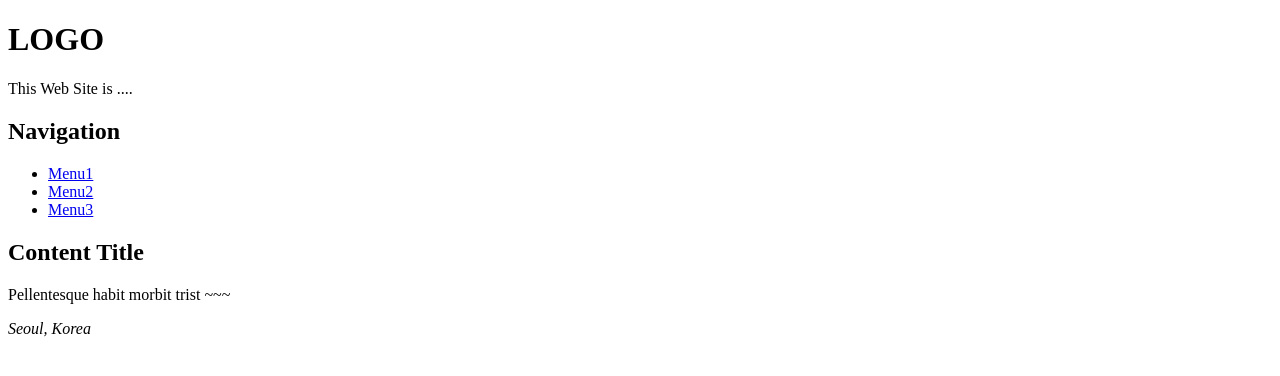
Repository: sonminho/aos
Page: Webserver/addup_perfume/WebContent/084.html
An editor plug-in stored every save of this project. The page is shown before and after a run of saves, followed by the edit.
The browser window is 1280 px wide. The pictures show the whole page.

Above is the page before, as saved 2017-11-13 14:15:34.

### Webserver/addup_perfume/WebContent/084.html
<!DOCTYPE html>
<html>
<head>
<meta charset="EUC-KR">
<title>Insert title here</title>
</head>
<body>
<div id="wrap">
	<div id="header">
		<h1>LOGO</h1>
		<p>This Web Site is ....</p>
	</div> <!-- header -->

	<div id="container">
		<div class="nav">
			<h2>Navigation</h2>
			<ul>
				<li><a href="#">Menu1</a>
				<li><a href="#">Menu2</a>
				<li><a href="#">Menu3</a>
			</ul>
		</div> <!-- nav -->

		<div class="content">
			<h2>Content Title</h2>
			<p>
			Pellentesque habit morbit trist ~~~
			</p>
		</div>
	</div> <!-- container -->

	<div id="footer">
		<address>Seoul, Korea</address>
	</div> <!-- footer -->
</div> <!-- wrap -->
</body>
</html>

After the next 2 saves:
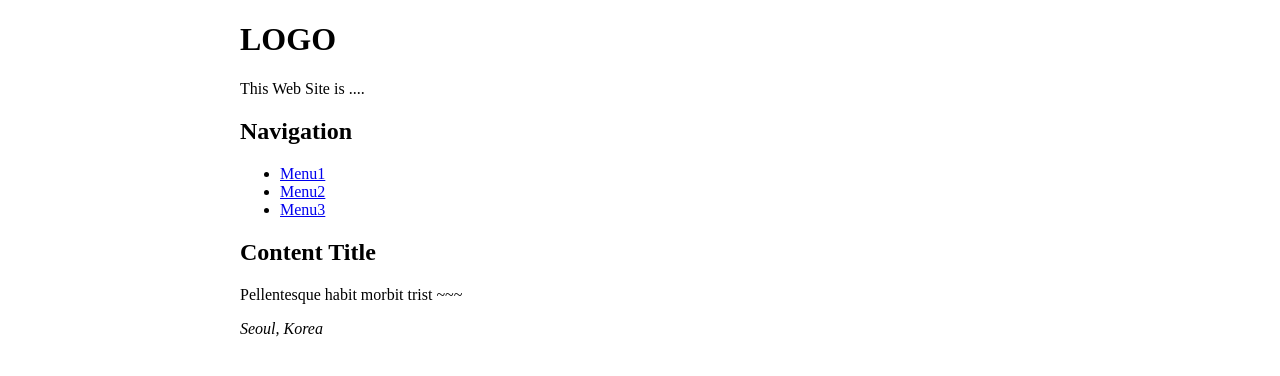
The 2 saves are shown as one change because they came seconds apart.
The last was saved 52 s later.
--- a/Webserver/addup_perfume/WebContent/084.html
+++ b/Webserver/addup_perfume/WebContent/084.html
@@ -3,6 +3,9 @@
 <head>
 <meta charset="EUC-KR">
 <title>Insert title here</title>
+<style>
+#wrap{width:800px; margin:0 auto;}
+</style>
 </head>
 <body>
 <div id="wrap">

After the save that followed:
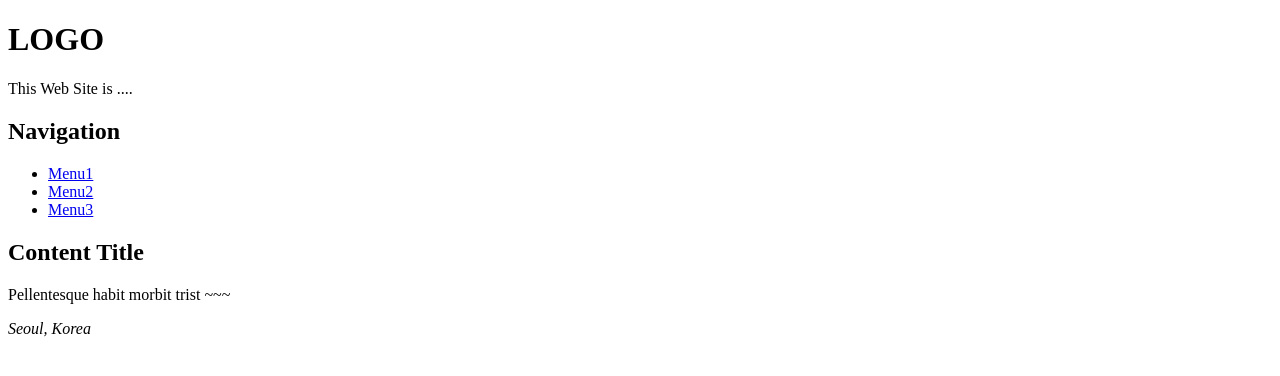
Saved 13 s later.
--- a/Webserver/addup_perfume/WebContent/084.html
+++ b/Webserver/addup_perfume/WebContent/084.html
@@ -4,7 +4,7 @@
 <meta charset="EUC-KR">
 <title>Insert title here</title>
 <style>
-#wrap{width:800px; margin:0 auto;}
+#wrap{width:800px;}
 </style>
 </head>
 <body>
